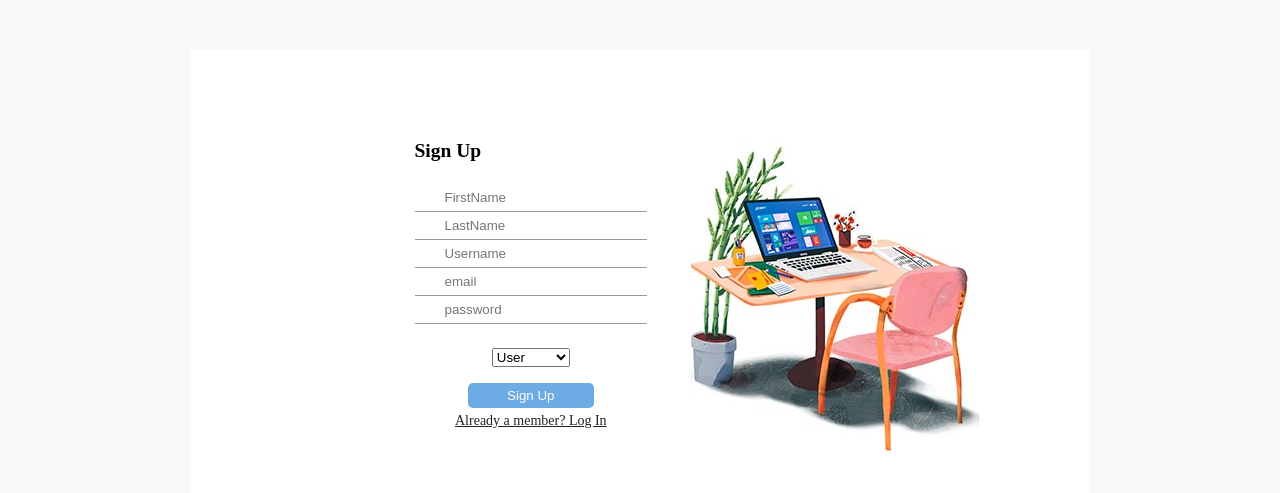
Repository: PhuongHuynh9987/Shopaholic-Ecommerce
Page: http://localhost/Shopaholic/createaccount.jsp
The author's editor kept a copy of each file at every save. The page is drawn from the files as they stood at one save, then again after the next save.
The browser window is 1280 px wide. The pictures show the whole page.
The page is served by Tomcat 9. Other server files are loaded and not shown.

Above is the page before, as saved 2024-01-30 01:12:37.

### Shopaholic/src/main/webapp/createaccount.jsp
<%@ page language="java" contentType="text/html; charset=ISO-8859-1"
	pageEncoding="ISO-8859-1"%>
<!DOCTYPE html>
<html>
<head>

<meta name = "viewport"
	content = "width = device-width, initial-scale=1, shrink-to-fit=no" />
<meta name="author" content = "" />

<!-- Favicon -->
<link rel = "icon" type = "image/x-icon" href = "asset/favicon.ico"/>
<!-- Font Awesome icons (free version) -->
<script src="https://use.fontawesome.com/releases/v5.15.4/js/all.js" crossorigin = "anonymous"></script>
<!--Google fonts  -->
<link href = "https://fonts.googleapis.com/css?family=Montserrat:400,700" rel="stylesheet" type = text/css />
<!-- Core theme CSS (bootstrap) -->
<link href = "style.css" rel="stylesheet"/>
<meta charset="ISO-8859-1">
<title>Signing Up</title>
</head>
<body>
	<div class = 'main'>
		<section class = "sign-up">
			<div class = "container">
				<div class = "signup-content">
					<div class="signup-form">
						<h2 class = 'form-title'>Sign Up</h2>

						<form method = "POST" action = "SignUpServlet"
							class = "register-form" id = "signup-form" onsubmit="return validateForm()">

							<!-- First Name -->
							<div class ="form-group">
								<label for="FirstName">
									<i class=""></i></label>
									<input type="text" name="FirstName" id="FirstName"
									placeholder = "FirstName" onkeypress="removeElert()"/>
							</div>

							<!-- Last Name -->
							<div class ="form-group">
								<label for="LastName">
									<i class=""></i></label>
									<input type="text" name="LastName" id="LastName"
									placeholder = "LastName" onkeypress="removeElert()"/>
							</div>

							<!-- User Name -->
							<div class ="form-group">
								<label for="UserName">
									<i class=""></i></label>
									<input type="text" name="UserName" id="UserName"
									placeholder = "Username" onkeypress="removeElert()" />
							</div>

					<%-- 		<% String UserName = (String) request.getAttribute("UserName");
							   request.getSession().setAttribute("UserName", UserName);
							%>
							 --%>
							<!-- Email -->
							<div class ="form-group">
								<label for="email">
									<i class=""></i></label>
									<input type="email" name="email" id="email"
									placeholder = "email" onkeypress="removeElert()"/>
							</div>

							<!-- Password -->
							<div class ="form-group">
								<label for="password">
									<i class=""></i></label>
									<input type="password" name="password" id="password"
									placeholder = "password" onkeypress="removeElert()"/>
							</div>

							<span class="emptyField">Please Fill In All Required Fields!</span>

							<!-- User type -->
							<div class ="form-group">
								<select name="UserType">
										<option value="User">User</option>
										<option value="Merchant">Merchant</option>
										<option value="Admin">Admin</option>
								</select>
							</div>




							<!-- Submit button -->
							<div class="form-group form-button">
								<input type="submit" name = 'signin' id="signin" class ="form-submit" value ="Sign Up" />
							</div>

						</form>
					<a href = "login.jsp" class = "signup-image-link">Already a member? Log In</a>

					</div>
					<div class = "signup-image">
						<figure>
							<img src = "images/signup-image.jpg" alt="sign up image">
						</figure>
					</div>
				</div>
			</div>
		</section>
	</div>

	<script  type="text/javascript">
	 	var emptyField = document.querySelector(".emptyField");

		function validateForm() {
			var a = document.getElementById("FirstName").value;
			var b = document.getElementById("LastName").value;
			var c = document.getElementById("email").value;
			var d = document.getElementById("password").value;
			var e = document.getElementById("UserName").value;


		    if ((a == null || a == "") || (b == null || b == "") ||
		    		(c == null || c == "") || (d == null || d == "") || (e == null || e == "")) {
		    	emptyField.classList.add("active");

		    	return false;
		    }
		    else {
		    	return true;
		    }
		 }

		 function removeElert() {
			emptyField.classList.remove("active");
		 }

	</script>
</body>
</html>

### Shopaholic/src/main/webapp/style.css
@charset "UTF-8";

 /******** Global *********/
 input, select, textarea {
  outline: none;
/*   appearance: unset !important;
  -moz-appearance: unset !important;
  -webkit-appearance: unset !important;
  -o-appearance: unset !important;
  -ms-appearance: unset !important;  */
 }


html {
	box-sizing: border-box;
	margin: 0;
	padding:0;
	width:100%;
}

a{
  color : black;
  cursor: pointer;
}

button {
	 cursor: pointer;
}

figure {
  margin-bottom: 50px;
  text-align: center; }

body {
  font-size: 13px;
  line-height: 1.8;
/*   color: #222; */
  background: #f8f8f8;
  font-weight: 400;
  font-family: Poppins;
  margin: 0;
}

 input {
  width: 100%;
  display: block;
  border: none;
  border-bottom: 1px solid #999;
  padding: 6px 30px;
  box-sizing: border-box;

}

.main {
  padding: 50px 0;
}

hr {
	width:100%;
	text-align:left;
	margin-left:0;
 }


  /************ Nav Bar ************/
.navbar {
  display: flex;
  background: #fff;
  gap: 1rem;
  justify-content: center;
  align-items: center;
  width:100%;
 }

 .logo img {
 	width: 2.4rem;
 	margin:0;
 	padding:0;
 }

 .logo {
  overflow: fit-content;
 }

.searchbar {
  	width: 70%;
  }
.searchbar input {
  border-radius: 30px;
  border: 1px solid #e9e9e9;
 }

.cart, .signout {
	margin:0;
 	padding:0.3rem;
  	border:none;
  	background: #fff;
  	transition: 0.4s;
  }

.cart:hover,
.signout:hover {
  	background:#e9e9e9;
  	border-radius: 10px;
  	padding: 0.3rem;
}


  /******** Body for sign up and log in ******/
 .container {
 	display:flex;
 	flex-direction: column;
 	width: 900px;
 	background: #fff;
 	margin: 0 auto;
 	justify-content: center;
  	align-items:center;
 }

 .signin-content, .signup-content {
  display: flex;
  display: -webkit-flex;
  padding-top: 67px;
 }

.signin-image, .signup-image {
	width: 50%;
	overflow:hidden;
  	margin-top: 10px;
}

.signin-form {
  margin-right: 15rem;
  }

.signup-form {
   margin-left: 10rem;
 }

 #signin {
  margin-top: 16px;
 }

 .signin-image-link,
 .signup-image-link {
  font-size: 14px;
  color: #222;
  display: block;
  text-align: center;
  margin: rem 0;
 }

.form-button {
  text-align: center; }

.form-submit {
  display: inline-block;
  background: #6dabe4;
  color: #fff;
  border-bottom: none;
  width: auto;
  padding: 5px 39px;
  border-radius: 5px;
  -moz-border-radius: 5px;
  -webkit-border-radius: 5px;
  -o-border-radius: 5px;
  -ms-border-radius: 5px;
  margin-top: 25px;
  cursor: pointer; }

.form-submit:hover {
   background: #4292dc; }

.form-group {
	display: flex;
	justify-content: center;
  	align-items:center;
}

.toast-msg {
	opacity: 0;
	color: red;
	transition: 0.2s ease;
}

.toast-msg.active {
	opacity: 1;
}

/* #UserName:not(:placeholder-shown)#UserName:not(:focus)+label {
	border-color: #96c477
}
   */


  /*********** User home page **********/

.product-area {
   display: grid;
  	grid-template-columns: 2fr 2fr 2fr 2fr;
  	margin:4rem;
  	gap: 2rem;
  }

.product {
  	box-shadow: 8px 8px  15px #c7c7c7;
  	padding: 10px;
  	text-align: center;
  	background: #fff
  }

.product img {
  	width: 11rem;
  	height: 10rem;
  	overflow: hidden;
  }

.product-bottom {
  	display:flex;
  	justify-content: center;
  	align-items: center;
  	justify-content:space-between;
  	gap: 1.2rem;
  }

.buttons {
	display:flex;
	justify-content: center;
  	align-items: start;
}

.addToCart {
	color: #6f6f6f;
	border: 1.9px solid #e6e6e6;
	background: #fff;
	padding: 7px;
}

.viewItem {
	color: #9ae6bb;
	border: 1.9px solid #9ae6bb;
	background: #fff;
	padding: 7px;
}

 .shopping-cart {
	display:grid;
	width: 50%;
	background: #fff;
	padding: 0 1rem;
 }

 .shopping-cart .top {
 	display:flex;
 	justify-content: space-between;
 	align-items: center;
 }

 .shopping-cart .items {
 	display:flex;
 	justify-content: space-between;
 	margin-top: 2rem;
 }

.shopping-cart .items .right{
 	text-align: right;
 }

.items .image {
	display:flex;
	justify-content:center;
	align-items:center;
}

 .items img {
 	width: 8rem;
 }

 .cartCancel {
 	border:none;
 	background-color: #fff;
 	font-weight: bolder;
 	margin-bottom: 1.3rem;
 }



 /* View Product information */
  .product-info{
  	display: flex;
  	justify-content:center;
	align-items:center;
  	width: 50rem;
  	height: 30rem;
  	gap:2rem;
  }

  .product-detail {
  	height: 20rem;
  }

  .product-detail div {
  	display: flex;
  	justify-content:space-between;
	align-items:center;
  }

.product-info img {
    width: 20rem;
    height: 20rem;
    margin-top:20px;
}


 .review {
 	margin: 6rem 0;
 }
 .review input{
 	width: 40rem;
 	height: 5rem;
  }

  /************* Merchants ************/
.body {
  display: flex;
  flex-direction: column;
  justify-content: center;
  align-items:center;
  width: auto;
  }

.addProduct {
	padding: 0.7rem;
	margin-bottom: 2rem;
	background: #e85f60;
	color: #fff;
	border-radius: 10px;

}

.footer {
	display: flex;
	justify-content: space-between;
	margin-top: 0;
	margin-bottom: 3rem;
}

.emptyField {
	color: red;
	opacity: 0;
}

.emptyField.active {
	opacity: 1;
}

After the next save:
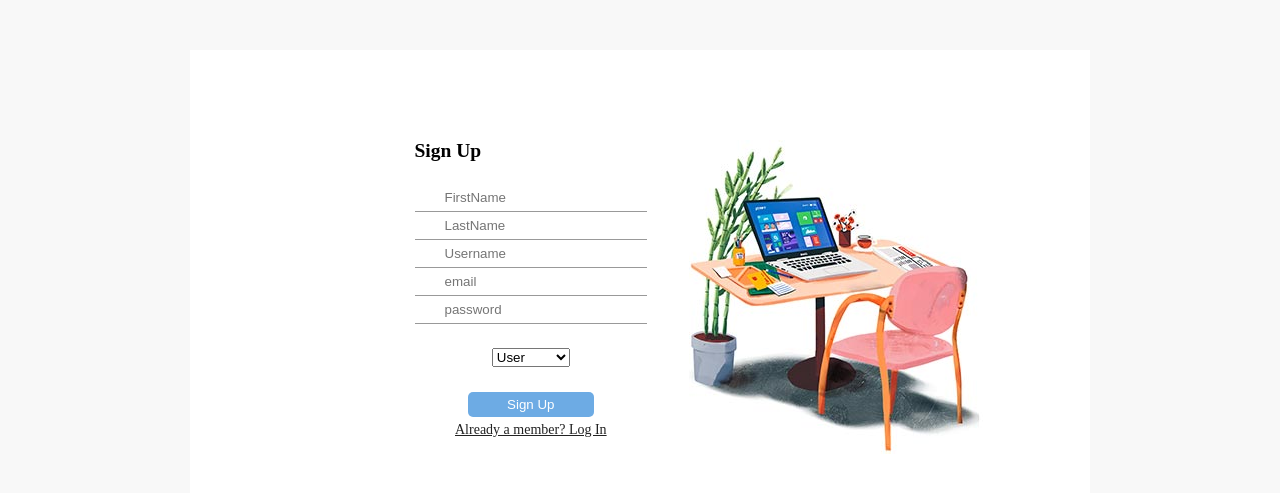
Saved 2 min 35 s later.
--- a/Shopaholic/src/main/webapp/style.css
+++ b/Shopaholic/src/main/webapp/style.css
@@ -138,7 +138,7 @@ hr {
  }
 
  #signin {
-  margin-top: 16px;
+/*   margin-top: 16px;  */
  }
 
  .signin-image-link,
